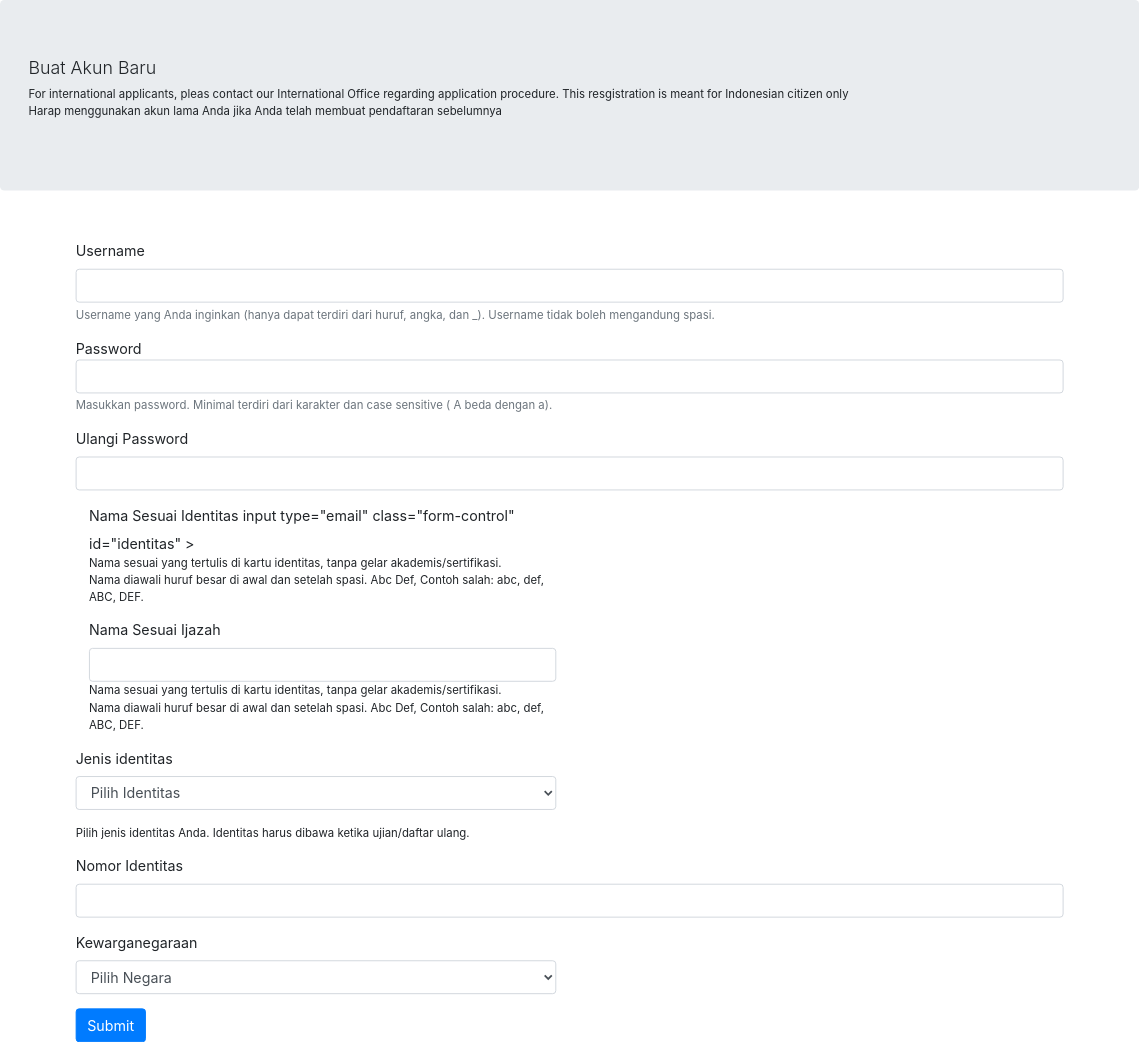
Repository: Irantsitumorang/projectRepo1
Page: BelajarJS/LatihanHTML/WebContent/regist.html
An editor plug-in stored every save of this project. The page is shown before and after the next save, followed by the edit.
The browser window is 1280 px wide. The pictures show the whole page, at 89% of full size.

Above is the page before, as saved 2021-06-25 07:01:24.

### BelajarJS/LatihanHTML/WebContent/regist.html
<!DOCTYPE html>
<html lang="en">

<head>

    <title> Validasi </title>
    <link rel="stylesheet" href="https://stackpath.bootstrapcdn.com/bootstrap/4.4.1/css/bootstrap.min.css" integrity="sha384-Vkoo8x4CGsO3+Hhxv8T/Q5PaXtkKtu6ug5TOeNV6gBiFeWPGFN9MuhOf23Q9Ifjh" crossorigin="anonymous">

</head>

<body>

    <div class="jumbotron">
        <h1 class="lead"> Buat Akun Baru </h1>
        <p class="small"> For international applicants, pleas contact our International Office regarding application procedure. This resgistration is meant for Indonesian citizen only <br> Harap menggunakan akun lama Anda jika Anda telah membuat pendaftaran sebelumnya
        </p>
    </div>
    <br>


    <div class="container">
        <form>

            <div class="form-group">
                <label for="exampleInputEmail1"> Username </label>
                <input type="text" class="form-control" id="username" aria-describedby="emailHelp">
                <small class="form-text text-muted"> Username
                        yang Anda inginkan (hanya dapat terdiri dari huruf,
                        angka, dan _). Username tidak boleh mengandung spasi.
                    </small>
            </div>

            <div class="form-group">
                <label"> Password </label>
                <input type="password" class="form-control" >
                <small class="form-text text-muted" id="password"> Masukkan
                        password. Minimal terdiri dari karakter dan case
                        sensitive ( A beda dengan a). </small>
            </div>

            <div class="form-group">
                <label> Ulangi Password </label>
                <input type="email" class="form-control" id="ulangi" >
            </div>

            <div class="form-group">
            	<div class="col-md-6">
                	<label> Nama Sesuai Identitas </label>
                	input type="email" class="form-control" id="identitas" >
                	<p class="small"> Nama sesuai yang tertulis di kartu identitas, tanpa gelar akademis/sertifikasi. <br> Nama diawali huruf besar di awal dan setelah spasi. Abc Def, Contoh salah: abc, def, ABC, DEF. </p>
            </div>
             </div>

            <div class="form-group">
            	<div class="col-md-6">
                	<label> Nama Sesuai Ijazah </label>
                	<input type="text" class="form-control" id="ijazah" >
                	<p class="small"> Nama sesuai yang tertulis di kartu identitas, tanpa gelar akademis/sertifikasi. <br> Nama diawali huruf besar di awal dan setelah spasi. Abc Def, Contoh salah: abc, def, ABC, DEF. </p>
            	</div>
            </div>

            <div class="row">
                <div class="col-md-6">
                    <div class="form-group" id="ji">
                        <label> Jenis identitas </label>
                        <Select class="form-control">
                                <option> Pilih Identitas </option>
                                <option> KTP </option>
                                <option> SIM </option>
                                <option> Passpord </option>
                                <option> Lainnya </option>
                            </select>
                    </div>
                    <p class="small"> Pilih jenis identitas Anda. Identitas harus dibawa ketika ujian/daftar ulang. </p>
                </div>
            </div>

            <div class="form-group">
                <label> Nomor Identitas </label>
                <input type="email" class="form-control" id="noidentitas" >
            </div>

            <div class="row">
                <div class="col-md-6">
                    <div class="form-group" id="negara">
                        <label> Kewarganegaraan </label>
                        <Select class="form-control">
                                <option> Pilih Negara </option>
                                <option> Republik Indonesia </option>
                                <option> Wakanda </option>
                                <option> Wkwk Land </option>
                                <option> Lainnya </option>
                            </select>
                    </div>
                </div>
            </div>

            <button type="submit" class="btn btn-primary">Submit</button> <br/>
        </form>

    </div>

</body>

<script type="text/javascript">
    // elemen input
    var Username = document.getElementById("Username");
    var Password = document.getElementById("Password");
    var usia = document.getElementById("usia");
    var gelar = document.getElementById("gelar");

    // red text
    var vNama = document.getElementById("vNama");
    var vAlamat = document.getElementById("vAlamat");
    var vUsia = document.getElementById("vUsia");
    var vGelar = document.getElementById("vGelar");

    // condition
    function validasi() {
        if (nama.value == "") {
            vNama.style.display = "block";
        } else {
            vNama.style.display = "none";
        }

        if (alamat.value == "") {
            vAlamat.style.display = "block";
        } else {
            vAlamat.style.display = "none";
        }

        if (usia.value == "") {
            vUsia.style.display = "block";
        } else {
            vUsia.style.display = "none";
        }

        if (gelar.value == "") {
            vGelar.style.display = "block";
        } else {
            vGelar.style.display = "none";
        }
    }
</script>

</html>

After the next save:
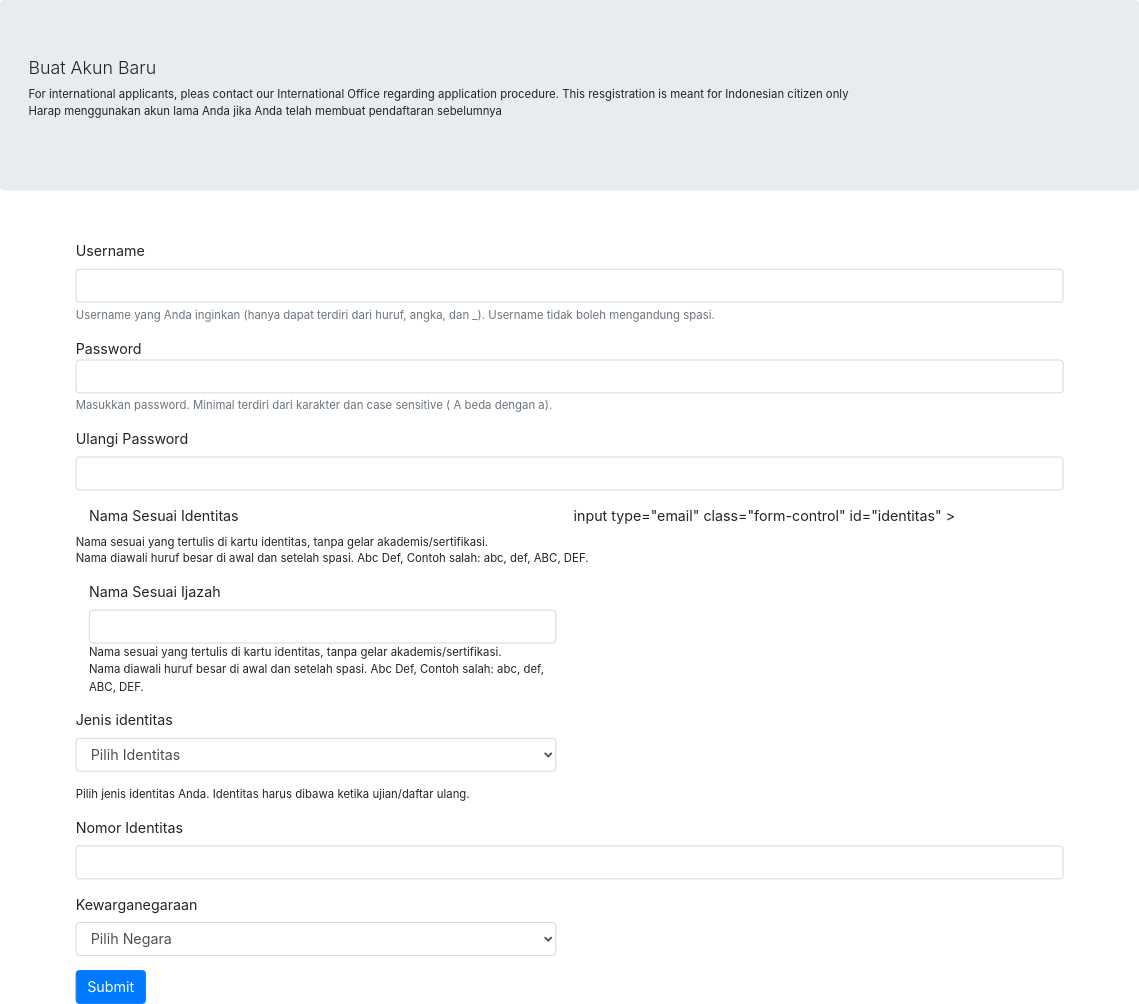
Saved 2 min 22 s later.
--- a/BelajarJS/LatihanHTML/WebContent/regist.html
+++ b/BelajarJS/LatihanHTML/WebContent/regist.html
@@ -44,12 +44,10 @@
             </div>
 
             <div class="form-group">
-            	<div class="col-md-6">
-                	<label> Nama Sesuai Identitas </label>
+                	<label class="col-md-6"> Nama Sesuai Identitas </label>
                 	input type="email" class="form-control" id="identitas" >
                 	<p class="small"> Nama sesuai yang tertulis di kartu identitas, tanpa gelar akademis/sertifikasi. <br> Nama diawali huruf besar di awal dan setelah spasi. Abc Def, Contoh salah: abc, def, ABC, DEF. </p>
             </div>
-             </div>
 
             <div class="form-group">
             	<div class="col-md-6">
